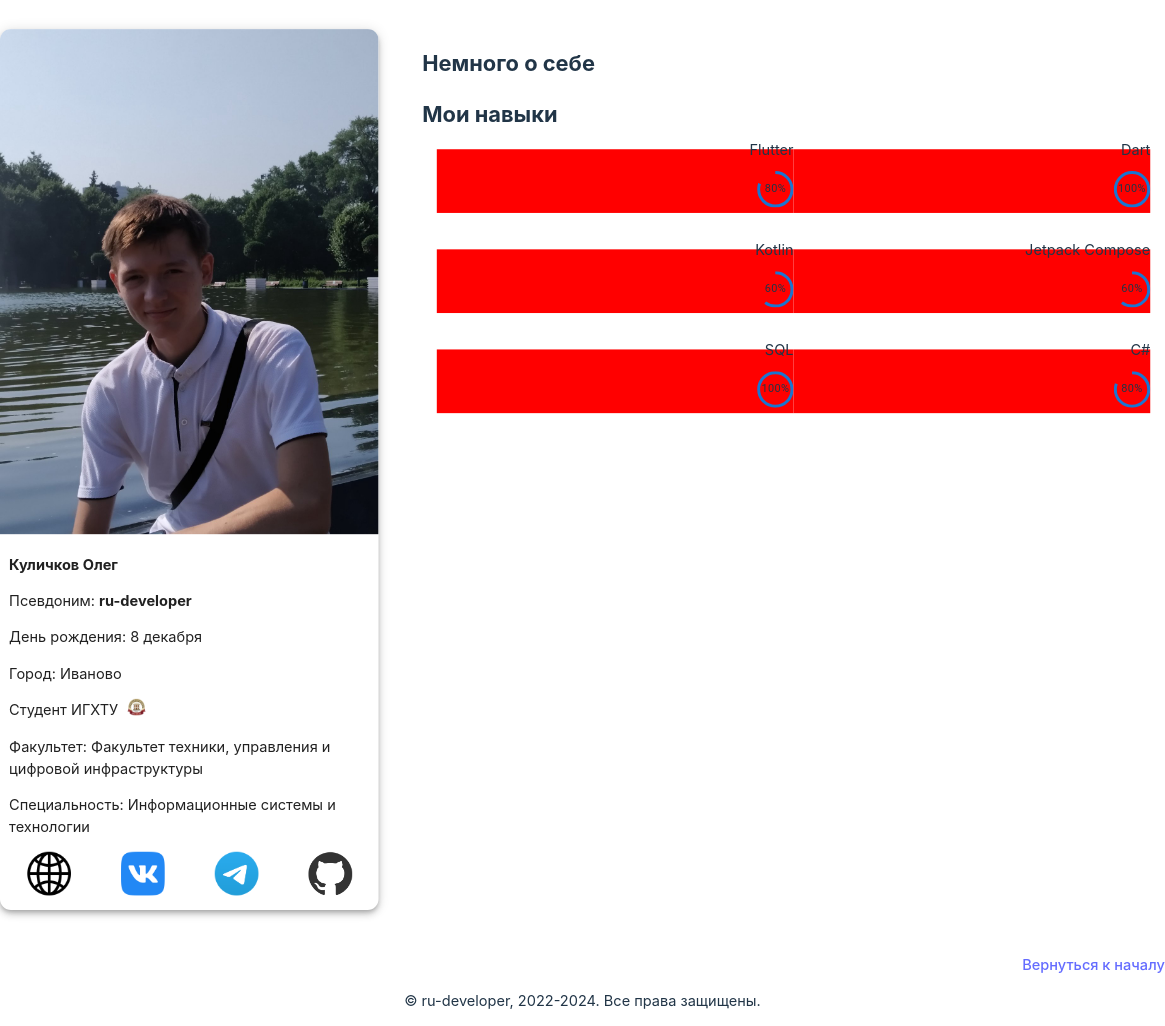
Repository: HubOl01/my_profile
Page: /
These files come from the project's save history. The page is drawn as it stood at one moment and after a run of saves; the edit follows.
The browser window is 1280 px wide. The pictures show the whole page, at 91% of full size.
The project was rebuilt for these pictures with package versions that can differ from the ones it lists, and the page was loaded fresh each time. Also part of the build but not shown: vite.config.ts, src/components/header/Header.module.scss, src/data/websites.ts.

Above is the page before, as saved 2024-03-09 10:59:06.

### src/App.tsx
import { Grid } from '@mui/material'
import './App.css'
import Common from './components/center/Common'
import Footer from './components/footer/Footer'
import Header from './components/header/Header'
import LeftBar from './components/left/LeftBar'
import style from './App.module.scss'

function App() {

  return (
    <>
      <Header />
      <Grid container spacing={2}>
        <Grid className={style.profile} item xs={4}>
          <LeftBar />
        </Grid>
        <Grid item xs>
          <Common />
        </Grid>
      </Grid>
      <Footer />
    </>
  )
}

export default App

### src/App.css
#root {
  max-width: 1280px;
  margin: 0 auto;
  /* padding: 2rem; */
  /* text-align: center; */
}
.logo:hover {
  filter: drop-shadow(0 0 2em #646cffaa);
}
.logo.react:hover {
  filter: drop-shadow(0 0 2em #61dafbaa);
}

@keyframes logo-spin {
  from {
    transform: rotate(0deg);
  }
  to {
    transform: rotate(360deg);
  }
}

@media (prefers-reduced-motion: no-preference) {
  a:nth-of-type(2) .logo {
    animation: logo-spin infinite 20s linear;
  }
}

/* .card {
  padding: 2em;
} */

.read-the-docs {
  color: #888;
}


/* .profile{
  min-width: 100%;
} */

### src/components/center/Common.tsx
import React from 'react'
import styles from './styles.module.scss'
import { Box, Grid } from '@mui/material'
import { CircularProgressWithLabel } from '../atoms/circularProgressWithLabel'
import { my_skills } from '../../data/my_skills'

export default function Common() {
  return (
    <div className={styles.center_common}>
      <h2>Немного о себе</h2>
      <p>

      </p>
      <h2>
        Мои навыки
      </h2>
      <Grid container margin={2} rowGap={5}>
        {
          my_skills.map((skill) =>
            <Grid xs={6}>
              <Box sx={{
                // width: "100%",
                "textAlign": "right",
                background: "red",
              }}
              ><div style={{
                display: "inline-block",
                "textAlign": "center",
                transform: "translateY(-50%)",
              }}>
                {skill.name}

              </div>
              <div style={{

                "textAlign": "right",
              }}>
                <CircularProgressWithLabel value={skill.progress * 100} />

              </div>


              </Box>
            </Grid>
          )
        }
        {/*
        <Grid xs={6} ><CircularProgressWithLabel value={my_skills[0].progress}/></Grid> */}
        {/* <Grid xs={6} ><CircularProgressWithLabel value={}/><</Grid>
        <Grid xs={6} ><CircularProgressWithLabel value={}/><</Grid>
        <Grid xs={6} ><CircularProgressWithLabel value={}/><</Grid>
        <Grid xs={6} ><CircularProgressWithLabel value={}/><</Grid>
        <Grid xs={6} ><CircularProgressWithLabel value={}/><</Grid> */}
      </Grid>
      {/* <h2>Хобби</h2>
      <p>
        Я люблю изучать что-то новое. Я программирую на языке программирования
        C# и продолжаю осваивать язык в некоторых направлениях. (Например:
        создание мобильных приложений Xamarin и создание игр Unity)
      </p>
      <h2>Спорт</h2>
      <p>
        Я более 10 лет занимаюсь конькобежным спортом. В 16 лет выполнил
        спортивный разряд кандидат в мастера спорта. Кроме этого, с начала 1
        курса я начал заниматься легкой атлетикой. Принимаю участие в
        соревнованиях в составе сборной ИГХТУ.
      </p> */}
    </div>
  )
}

### src/components/footer/Footer.tsx
import React from 'react'

export default function Footer() {
  return (
    // <footer className="text-muted" style={{
    //   "width":"100%"
    // }}>
      <div className="container">
        <p className="float-right" style={{
      "textAlign": "right"
    }}>
          <a href="#">Вернуться к началу</a>
        </p>
        <p className="footer-text"
        style={{
          "textAlign": "center"
        }}
        >© ru-developer, 2022-{(new Date()).getFullYear()}. Все права защищены.</p>
      </div>
    // </footer>
  )
}

### src/components/header/Header.tsx
import './Header.module.scss'

export default function Header() {
  return (
      <div>
        {/* <h1>About myself</h1> */}
      </div>
  )
}

### src/components/left/LeftBar.tsx
import { Card, Grid } from '@mui/material';
import about from '../../assets/images/About.jpg';
import isuct from '../../assets/images/isuct.png';
import { websites } from '../../data/websites';
import { nickname } from '../../data/my_projects';
import style from './style.module.scss';

const list_web = websites.map((web) =>
  <Grid item xs>
    <div className="web">
      <a
        href={web.href}
        title={web.title}
      >
        <img
          className={style.img_icon}
          alt={web.alt}
          src={web.src}
          width={40}
        />
      </a>
    </div>
  </Grid>
)


const LeftBar = () => {
  return (
    <>
      <Card elevation={5}
      className={style.leftCard}
        sx={{
          borderRadius: 3,
        }} >
        <a title="Куличков Олег" href="https://vk.com/oleg01f">
          <img
            alt="about"
            src={about}
            style={{
              // borderRadius: '15px',
              display: 'flex',
              width: "100%",
            }}
            data-holder-rendered="true"
          />
        </a>
        <div style={{ padding: "5px 10px 10px 10px" }}> {/* top, right, bottom, left */}
          <div>
            <p>
              <b>Куличков Олег</b>
            </p>
            <p>
              Псевдоним: <b>{nickname}</b>
            </p>
            <p>
              <span >День рождения:</span> 8 декабря
            </p>
            <p>
              <span className="text-format">Город:</span> Иваново
            </p>
            <p>
              Студент ИГХТУ
              <img
                className="isuct"
                alt="ISUCT"
                src={isuct}
                width={20}
                style={{ "marginLeft": "10px" }}
              // data-holder-rendered="true"
              />
            </p>
            <p>
              <span className="text-format">Факультет:</span> Факультет техники,
              управления и цифровой инфраструктуры
            </p>
            <p>
              <span className="text-format">Специальность:</span> Информационные
              системы и технологии
            </p>
            {/* <p style={{
              "textAlign": "center",
              "justifyContent": "center",
              display: 'flex',
              width: "100%",

          }}>
            <span className="text-format">Социальные сети</span>
          </p> */}

            <Grid container spacing={2}

              sx={{
                'textAlign': "center",
                // display: 'flex',
                // width: "100%",
              }
              }>
              {list_web}
            </Grid>

          </div>
        </div>


      </Card>
    </>
  )
}

export default LeftBar

### src/App.module.scss
@media (max-width: 425px) {
    .profile{
      min-width: 100%;
    }
  }
  @media screen and (min-width: 426px) {
    .profile{
      min-width: 300px;
    }
  }

### src/components/center/styles.module.scss
.center_common{
    padding: 2rem;
}

### src/components/atoms/circularProgressWithLabel.tsx
import * as React from 'react';
import CircularProgress, {
  CircularProgressProps,
} from '@mui/material/CircularProgress';
import Typography from '@mui/material/Typography';
import Box from '@mui/material/Box';

export function CircularProgressWithLabel(
  props: CircularProgressProps & { value: number },
) {
  return (
    <Box sx={{ position: 'relative', display: 'inline-flex' }}>
      <CircularProgress variant="determinate" {...props} />
      <Box
        sx={{
          top: 0,
          left: 0,
          bottom: 0,
          right: 0,
          position: 'absolute',
          display: 'flex',
          alignItems: 'center',
          justifyContent: 'center',
        }}
      >
        <Typography
          variant="caption"
          component="div"
          // color="text.secondary"
        >{`${Math.round(props.value)}%`}</Typography>
      </Box>
    </Box>
  );
}

// export default function CircularWithValueLabel() {
//   const [progress, setProgress] = React.useState(10);

//   React.useEffect(() => {
//     const timer = setInterval(() => {
//       setProgress((prevProgress) => (prevProgress >= 100 ? 0 : prevProgress + 10));
//     }, 800);
//     return () => {
//       clearInterval(timer);
//     };
//   }, []);

//   return <CircularProgressWithLabel value={progress} />;
// }

### src/data/my_skills.ts
import { FullStack } from "./my_projects";

interface ISkill{
    name: string;
    progress: number;
}

export const my_skills: ISkill[] = [
    {
        name: FullStack.Flutter,
        progress: .80
    },
    {
        name: FullStack.Dart,
        progress: 1
    },
    {
        name: FullStack.Kotlin,
        progress: .6
    },
    {
        name: FullStack.Jetpack_Compose,
        progress: .6
    },
    {
        name: FullStack.SQL,
        progress: 1
    },
    {
        name: FullStack.C_sharp,
        progress: .8
    }
]

### src/data/my_projects.ts
export interface IProjects {
  title: string;
  description: string[];
  url_icon: string;
  url_images: string[];
  url_stores: string[];
  url_sources: string[];
  creator: string;
  fullStack: string[];
  platforms: string[];
  color: string;
}
export const nickname = "ru-developer";
export enum Platforms {
  Android = "Android",
  IOS = "IOS",
  Windows = "Windows",
  Linux = "Linux",
  Web = "Web",
}
// enum Colors {
//   Red = "",
//   White = "",
//   Black = "",
//   Green = "",
// }
export enum FullStack {
  Flutter = "Flutter",
  Dart = "Dart",
  Kotlin = "Kotlin",
  Jetpack_Compose = "Jetpack Compose",
  Winforms = "Winforms",
  C_sharp = "C#",
  React = "React",
  Typescript = "Typescript",
  Retrofit = "Retrofit",
  PHP = "PHP",
  SQLite = "SQLite",
  SQL = "SQL",
  MySQL = "MySQL",
  PostgreSQL = "PostgreSQL",
  Git = "Git",
  HTML = "HTML",
  CSS = "CSS",
  SCSS = "SCSS",
  Vite = "Vite",
}

export const projects: IProjects[] = [
  {
    title: "My Songbook",
    description: [
      "My Songbook – это творческая мастерская в вашем кармане. Независимо от того, являетесь ли вы гитаристом, певцом, композитором или просто энтузиастом музыки, это приложение поможет вам воплотить ваши музыкальные идеи в жизнь.",
      "\n",
      "Основные возможности:",
      "\n",
      "- Записывайте и редактируйте песни: Создавайте музыку в любое время, в любом месте. Записывайте мелодии, добавляйте тексты и настраивайте аранжировки – все это в вашем распоряжении.",
      "- Справочник аккордов для гитары: Независимо от вашего уровня мастерства, наше приложение предлагает обширный справочник аккордов для гитары. Найдите нужный аккорд и создайте свой собственный уникальный звук.",
      "- Автоскролл и легкая навигация: Никогда больше не теряйтесь в тексте. Функция автоскролла позволяет вам сконцентрироваться на музыке, а не на прокрутке текста.",
      "- Делитесь своей музыкой: Поделитесь своими произведениями с миром через социальные сети непосредственно из приложения. Позвольте всем услышать вашу творческую энергию.",
      "- Аудиофайлы с песнями: Сохраняйте свои композиции в виде аудиофайлов. Прослушивайте их в любое время или отправляйте друзьям и коллегам.",
      "\n",
      "Почему выбрать My Songbook?",
      "\n",
      "- Простота и удобство: Даже если вы начинающий музыкант, вы сможете создавать профессиональные композиции с легкостью.",
      "- Безопасное хранение ваших произведений: Ваши записи остаются конфиденциальными. Спокойно работайте над своими идеями, зная, что они в безопасности.",
      "\n",
      "Неважно, вы начинающий музыкант или профессионал, My Songbook поможет вам создать и поделиться музыкой, которая касается сердец. Начните свое музыкальное путешествие сегодня!",
    ],
    url_icon: "",
    url_images: [],
    url_stores: [
      "https://apps.rustore.ru/app/ru.ru_developer.my_songbook",
      "https://appgallery.huawei.com/app/C109087129",
      "https://global.app.mi.com/details?lo=RU&la=en_US&id=ru.ru_developer.my_songbook.mi",
    ],
    url_sources: ["https://github.com/HubOl01/my_songbook"],
    creator: nickname,
    fullStack: [FullStack.Flutter, FullStack.Dart],
    platforms: [Platforms.Android],
    color: "",
  },
  {
    title: "Мой универ - ИГХТУ",
    description: [
      '"Мой универ - ИГХТУ" - это мобильное приложение, специально разработанное для студентов Ивановского государственного химико-технологического университета. Вы теперь сможете посмотреть расписание пар даже без интернета! Также можно получать уведомления об информации пар каждый день. В приложении также доступны заметки и вы можете записывать лекции, делать пометки, прикреплять ссылки и также делиться ими.',
      "\n",
      "Основные функции приложения:",
      "\n",
      "- Календарь с расписанием пар на текущий день",
      "- Расписание лекций, практик и семинаров",
      "- Новости ВУЗа",
      "- Вход в moodle ИГХТУ",
      "- Расписание преподавателей, сессий",
      "- Поисковик",
      "- Заметки, конспекты",
      "- Уведомления об информации пар на каждый день",
      "\n",
      "Также приложение адаптировано под планшеты      ",
    ],
    url_icon: "",
    url_images: [],
    url_stores: [
      "https://apps.rustore.ru/app/ru.ru_developer.my_university_isuct",
    ],
    url_sources: ["https://github.com/HubOl01/my_university_isuct"],
    creator: nickname,
    fullStack: [FullStack.Flutter, FullStack.Dart, FullStack.PHP],
    platforms: [Platforms.Android],
    color: "",
  },
  {
    title: "MyAppHome",
    description: ["Приложение для многоквартирных домов"],
    url_icon: "",
    url_images: [],
    url_stores: [],
    url_sources: [],
    creator: "Создано вместе с командой OVERLAGO",
    fullStack: [FullStack.Flutter, FullStack.Dart],
    platforms: [Platforms.Android],
    color: "",
  },
  {
    title: "City Adventures",
    description: [],
    url_icon: "",
    url_images: [],
    url_stores: [],
    url_sources: [],
    creator: "Создано с командой на хакатоне",
    fullStack: [FullStack.Flutter, FullStack.Dart],
    platforms: [Platforms.Android],
    color: "",
  },
  {
    title: "Bellisemo",
    description: ["Student project for study architectural technologies"],
    url_icon: "",
    url_images: [],
    url_stores: [],
    url_sources: [],
    creator: "Student project",
    fullStack: [FullStack.React, FullStack.Typescript],
    platforms: [Platforms.Web],
    color: "",
  },
  {
    title: "Weather",
    description: ["Student project for study kotlin jetpack compose"],
    url_icon: "",
    url_images: [],
    url_stores: [],
    url_sources: [],
    creator: nickname,
    fullStack: [
      FullStack.Jetpack_Compose,
      FullStack.Kotlin,
      FullStack.Retrofit,
    ],
    platforms: [Platforms.Android],
    color: "",
  },
  {
    title: "My portfolio",
    description: ["Вебсайт для показа своих проектов, которые мы видим здесь"],
    url_icon: "",
    url_images: [],
    url_stores: [],
    url_sources: [],
    creator: nickname,
    fullStack: [FullStack.React, FullStack.Typescript],
    platforms: [Platforms.Web],
    color: "",
  },
];

### src/components/left/style.module.scss
@media (max-width: 699px) {
    .img_icon {
        width: 2em;
        // height: 50%;
    }
}
@media screen and (min-width: 700px) {
    .img_icon {
        width: 3em;
        // height: 50%;
    }
}
// @media screen and (max-width: 768px) {
//     .img_icon {
//         width: 50px;
//         height: 50px;
//     }
// }
div {
    display: "flex";
}
.leftCard {
    margin: 2em 0;
}
/* // .custom-card{

// } */

Loaded but not shown: index.html (common file); src/main.tsx (common file); src/index.css (common file)

After the next 5 saves:
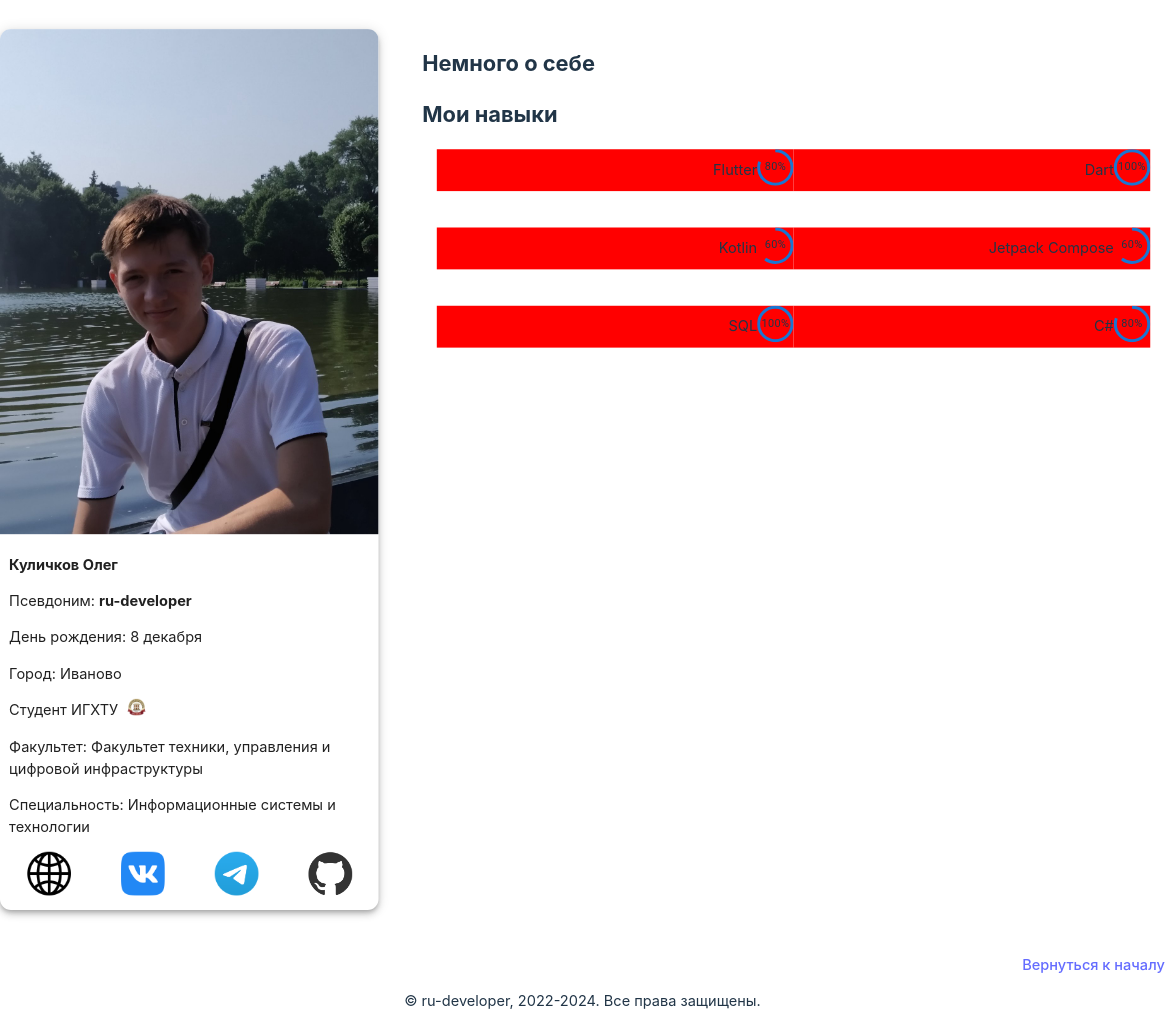
The 5 saves are shown as one change because 1 did not build or start and some came seconds apart.
The last was saved 17 s later.
--- a/src/components/center/Common.tsx
+++ b/src/components/center/Common.tsx
@@ -32,7 +32,7 @@ export default function Common() {
 
               </div>
               <div style={{
-
+                display: "inline-block",
                 "textAlign": "right",
               }}>
                 <CircularProgressWithLabel value={skill.progress * 100} />
